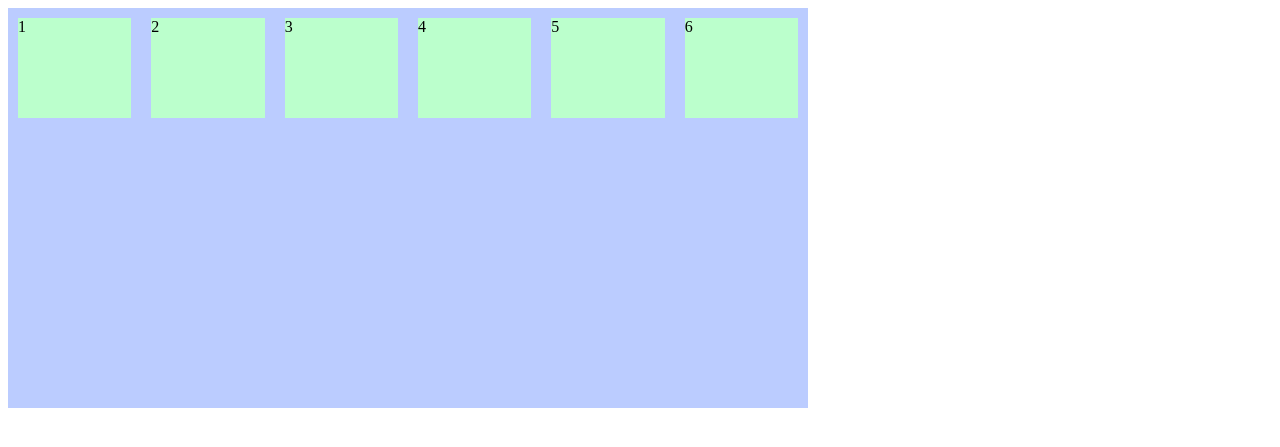
Repository: liutian97/learn1
Page: 移动端web开发/代码/2. Flex 伸缩布局/07-flex设置侧轴对齐方式（多行）.html
The author's editor kept a copy of each file at every save. The page is drawn from the files as they stood at one save, then again after a run of saves.
The browser window is 1280 px wide. The pictures show the whole page.

Above is the page before, as saved 2022-07-02 17:30:14.

After the next 3 saves:
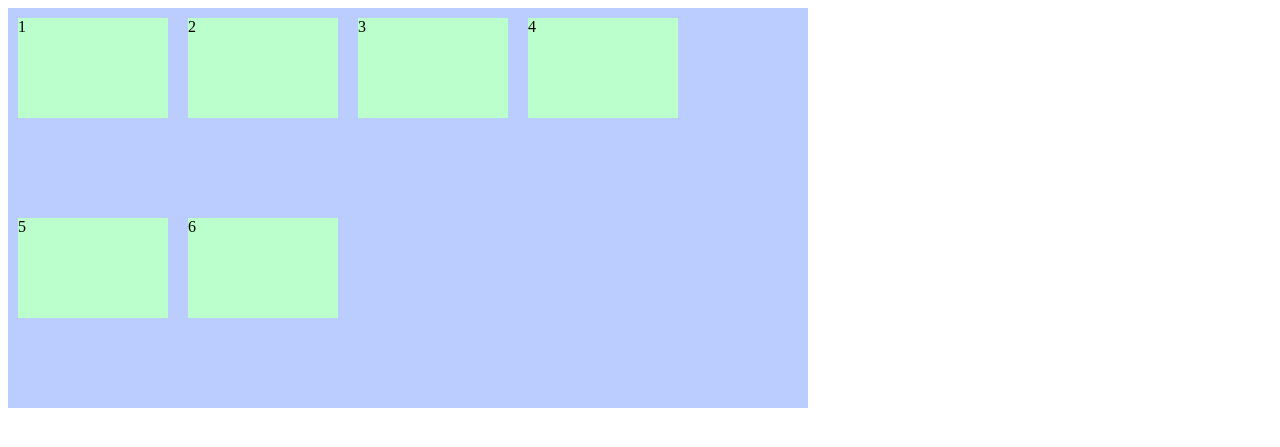
The 3 saves are shown as one change because they came seconds apart.
The last was saved 9 s later.
--- a/移动端web开发/代码/2. Flex 伸缩布局/07-flex设置侧轴对齐方式（多行）.html
+++ b/移动端web开发/代码/2. Flex 伸缩布局/07-flex设置侧轴对齐方式（多行）.html
@@ -12,7 +12,8 @@
       height: 400px;
       background-color: #bcf;
       display: flex;
-      flex-wrap
+      /*  */
+      flex-wrap: wrap;
     }
 
     div span {
